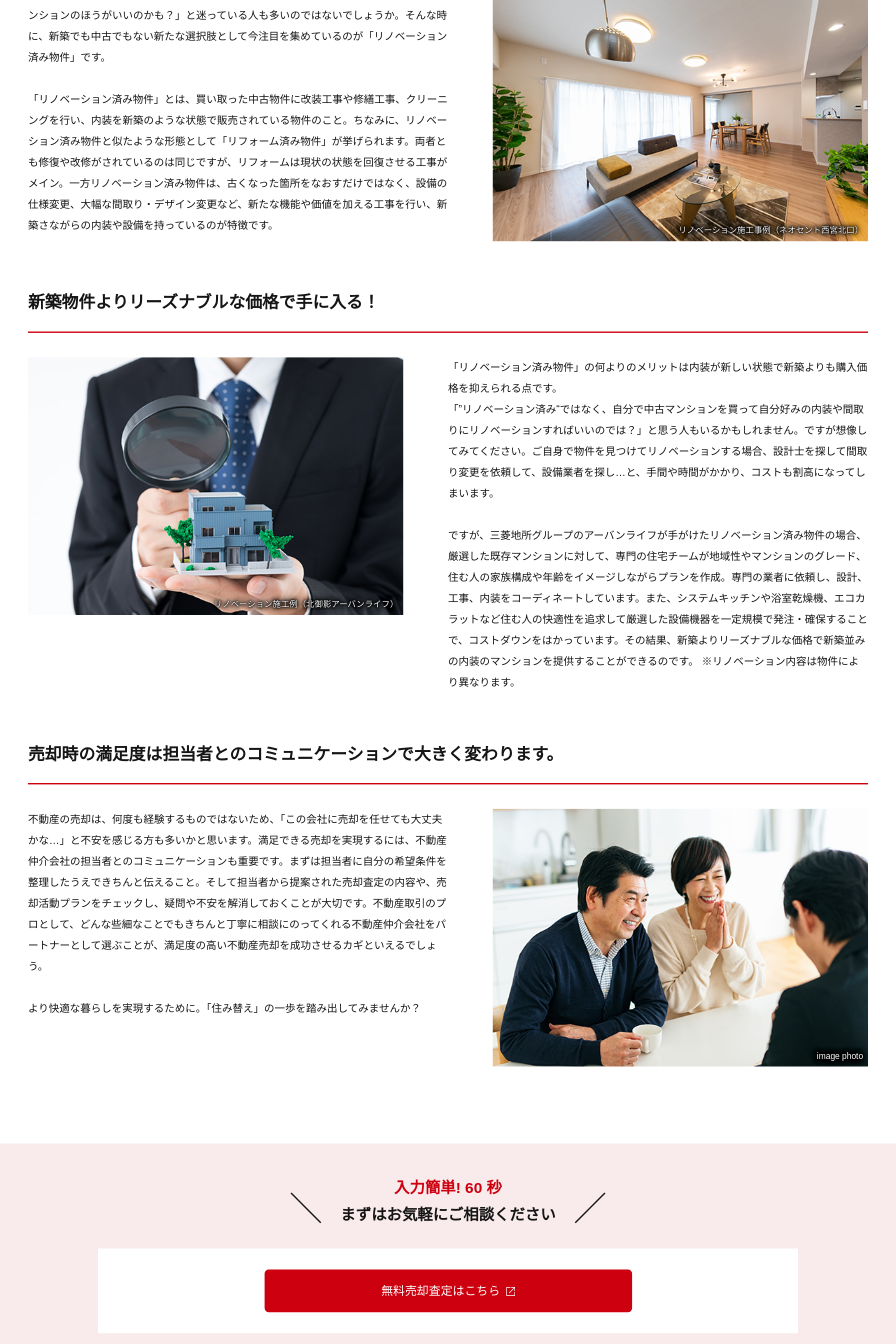
Repository: duongspm/group-kansai_new-data
Page: group-kansai_new/pickup/column07.html
These files come from the project's save history. The page is drawn as it stood at one moment and after the next save; the edit follows.
The browser window is 1280 px wide. The pictures show the part of the page from y = 1241 to 3161 px (the page is 3572 px tall), at 70% of full size.

Above is the page before, as saved 2023-06-30 15:05:02.

### group-kansai_new/pickup/column07.html
<!doctype html>
<html>
<head prefix="og: http://ogp.me/ns# fb: http://ogp.me/ns/fb# article: http://ogp.me/ns/website#">

    <meta charset="utf-8">
    <meta http-equiv="X-UA-Compatible" content="chrome=1">
    <meta name="viewport" content="width=device-width, initial-scale=1">

    <title>住み替えを検討する際の重要なポイント。住宅ローン残債があっても住み替えできる？｜関西で住まいのことは三菱地所グループへ</title>
    <meta name="keywords" content="新築マンション,注文住宅,リフォーム,売買・賃貸,関西,三菱地所グループ,三菱地所レジデンス,三菱地所ホーム,三菱地所ハウスネット,住まい">
    <meta name="description" content="関西エリアの三菱地所グループが、新築・中古マンション、注文住宅、リフォーム、売買、賃貸、マンション・ビル管理、インテリアなど、あらゆる住まいのニーズにお応えします。">
    <link rel="canonical" href="https://www.mecsumai.com/group_kansai/pickup/column07.html">

    <!-- OGP -->
    <meta property="og:site_name" content="関西で住まいのことは三菱地所グループへ" />
    <meta property="og:title" content="住み替えを検討する際の重要なポイント。住宅ローン残債があっても住み替えできる？｜関西で住まいのことは三菱地所グループへ" />
    <meta property="og:description" content="関西エリアの三菱地所グループが、新築・中古マンション、注文住宅、リフォーム、売買、賃貸、マンション・ビル管理、インテリアなど、あらゆる住まいのニーズにお応えします。" />
    <meta property="og:type" content="website" />
    <meta property="og:locale" content="ja_JP" />
    <meta property="og:url" content="https://www.mecsumai.com/group_kansai/pickup/column07.html" />
    <meta property="og:image" content="https://www.mecsumai.com/group_kansai/img/ogp/ogimage_column_mjhn_01.jpg" />
    <meta property="article:publisher" content="https://www.facebook.com/mecsumai" />
    <meta name="twitter:card" content="summary_large_image" />
    <meta name="twitter:site:id" value="@mecr_sumai" />
    <!-- CSS/JS -->
    <!--テスト用_WEBフォントタグ--><script type="text/javascript" src="//typesquare.com/3/tsst/script/ja/typesquare.js?GO7P2Rd89as%3D" charset="utf-8"></script>
    <!--本番用_WEBフォントタグ--><!-- <script type="text/javascript" src="//typesquare.com/3/tsst/script/ja/typesquare.js?fP5kCoOP0YE%3D" charset="utf-8"></script>-->

	<link rel="stylesheet" href="../css/style.css">
    <link rel="stylesheet" href="css/column.css">

    <script src="../js/jquery.min.js"></script>
    <script src="../js/script.js"></script>

</head>

<body>

	<!-- Google Tag Manager -->
	<noscript><iframe src="//www.googletagmanager.com/ns.html?id=GTM-PPKM2M"
	height="0" width="0" style="display:none;visibility:hidden"></iframe></noscript>
	<script>(function(w,d,s,l,i){w[l]=w[l]||[];w[l].push({'gtm.start':
	new Date().getTime(),event:'gtm.js'});var f=d.getElementsByTagName(s)[0],
	j=d.createElement(s),dl=l!='dataLayer'?'&l='+l:'';j.async=true;j.src=
	'//www.googletagmanager.com/gtm.js?id='+i+dl;f.parentNode.insertBefore(j,f);
	})(window,document,'script','dataLayer','GTM-PPKM2M');</script>
	<!-- End Google Tag Manager -->

    <header>
        <a><img src="../img/logo_mec.svg" alt="人を、想う力。街を、想う力。三菱地所グループ"></a>
        <a><img src="../img/logo_mecgonext.svg" alt="三菱地所と次にいこう。"></a>
        <div id="btn-menu"><span></span><span></span><span></span><a>MENU</a></div>
    </header>

    <div class="menu">
        <div class="menu-wrap container">
            <ul class="menu-nav menu-nav1">
                <li><a href="../#top" onclick="trEvent('三菱地所グループ関西合同LP','Click','【LP内遷移】グロナビ_トップページに戻る',0);">トップページに戻る</a></li>
                <li><a href="../#p-news" onclick="trEvent('三菱地所グループ関西合同LP','Click','【LP内遷移】グロナビ_NEWS',0);">NEWS</a></li>
                <li><a href="./" onclick="trEvent('三菱地所グループ関西合同LP','Click','【LP内遷移】グロナビ_PICK UP',0);">PICK UP</a></li>
                <li><a href="../#p-buy" onclick="trEvent('三菱地所グループ関西合同LP','Click','【LP内遷移】グロナビ_買いたい',0);">買いたい</a></li>
                <li><a href="../#p-build" onclick="trEvent('三菱地所グループ関西合同LP','Click','【LP内遷移】グロナビ_建てたい',0);">建てたい</a></li>
                <li><a href="../#p-renovate" onclick="trEvent('三菱地所グループ関西合同LP','Click','【LP内遷移】グロナビ_リフォームしたい',0);">リフォームしたい</a></li>
                <li><a href="../#p-sell" onclick="trEvent('三菱地所グループ関西合同LP','Click','【LP内遷移】グロナビ_売りたい',0);">売りたい</a></li>
                <li><a href="../#p-lend" onclick="trEvent('三菱地所グループ関西合同LP','Click','【LP内遷移】グロナビ_貸したい',0);">貸したい</a></li>
                <li><a href="../#p-borrow" onclick="trEvent('三菱地所グループ関西合同LP','Click','【LP内遷移】グロナビ_借りたい',0);">借りたい</a></li>
                <li><a href="../#p-interior" onclick="trEvent('三菱地所グループ関西合同LP','Click','【LP内遷移】グロナビ_インテリアを探す',0);">インテリアを探す</a></li>
                <li><a href="../#p-admin" onclick="trEvent('三菱地所グループ関西合同LP','Click','【LP内遷移】グロナビ_不動産管理',0);">不動産管理</a></li>
            </ul>

            <ul class="menu-nav menu-nav2">
                <li><a href="../check/" onclick="trEvent('三菱地所グループ関西合同LP','Click','【LP内遷移】グロナビ_三菱地所グループの「住まい」マッチング',0);">三菱地所グループの「住まい」マッチング</a></li>
                <li><a href="../#p-map" onclick="trEvent('三菱地所グループ関西合同LP','Click','【LP内遷移】グロナビ_三菱地所グループの関西エリア営業拠点マップ',0);">三菱地所グループの関西エリア営業拠点マップ</a></li>
                <li><a href="../#p-group" onclick="trEvent('三菱地所グループ関西合同LP','Click','【LP内遷移】グロナビ_三菱地所グループのご紹介',0);">三菱地所グループのご紹介</a></li>
            </ul>

            <!-- <ul class="service-bnr">
                <li><a href="check/"><img src="img/bnr_check_menu.jpg" alt="理想の「住まい」セルフチェック"></a></li>
                <li class="bnr-find">
                    <img src="img/bnr_find_menu.jpg" alt="住み替えるなら今の「住まい」は…">
                    <a href="#p-sell01"><img src="img/bnr_find01.png" alt="少しでも高く売却したい"></a>
                    <a href="#p-sell02"><img src="img/bnr_find02.png" alt="手間なく早く売却したい"></a>
                    <a href="#p-lend"><img src="img/bnr_find03.png" alt="賃貸活用で家賃を得たい"></a>
                </li>
            </ul>-->
            <!--/service-bnr-->
        </div>
    </div>

    <main class="main" id="column07">
        <section class="main-img">
            <img class="only-pc" src="img/vol_07/mv07.png" width="100%" alt="image photo">
            <img class="only-sp" src="img/vol_07/mv07-sp.png" width="100%" alt="image photo">
            <p class="cap-abs_right shadow">リノベーション施工事例（北御影アーバンライフ）</p>
        </section>
        <!--/main-img-->

        <section class="column container">
            <div class="column-group">
                <ul class="hashtag">
                    <li># リノベーション</li>
                    <li># 住み替え</li>
                </ul>
                <h2>お手頃なのに新築並み！今話題の「リノベーション済み物件」</h2>
                <p>新居探しの新たな選択肢として最近よく耳にする「リノベーション済み物件」。ですがリノベーション済み物件とはどのようなものなのでしょうか？今回はその特徴やメリットをご紹介します。</p>

                <div class="column-nav">
                    <p class="column-nav_tit">INDEX</p>
                    <ul class="column-nav_list">
                        <li><a href="#part01">
                            <p class="column-nav_num">01</p>
                            <p class="column-nav_txt">今注目されるリノベーション済み物件とは？</p>
                        </a></li>
                        <li><a href="#part02">
                            <p class="column-nav_num">02</p>
                            <p class="column-nav_txt">新築物件よりリーズナブルな価格で手に入る！</p>
                        </a></li>
                        <li><a href="#part03">
                            <p class="column-nav_num">03</p>
                            <p class="column-nav_txt">徹底した品質管理とアフターサービスで住んだ後も安心</p>
                        </a></li>
                    </ul>
                </div>
            </div>
            <!--/column group-->

            <div class="anchor"><div id="part01"></div></div>
            <div class="column-group">
                <h3>今注目されるリノベーション済み物件とは？</h3>

                <div class="column-box">
                    <div class="column-box_inner">
                        <p>住宅の購入を検討するときに、「新築マンションは魅力的だけど、価格が高いから中古マンションのほうがいいのかも？」と迷っている人も多いのではないでしょうか。そんな時に、新築でも中古でもない新たな選択肢として今注目を集めているのが「リノベーション済み物件」です。</p>
                        <p>「リノベーション済み物件」とは、買い取った中古物件に改装工事や修繕工事、クリーニングを行い、内装を新築のような状態で販売されている物件のこと。ちなみに、リノベーション済み物件と似たような形態として「リフォーム済み物件」が挙げられます。両者とも修復や改修がされているのは同じですが、リフォームは現状の状態を回復させる工事がメイン。一方リノベーション済み物件は、古くなった箇所をなおすだけではなく、設備の仕様変更、大幅な間取り・デザイン変更など、新たな機能や価値を加える工事を行い、新築さながらの内装や設備を持っているのが特徴です。</p>
                    </div>
                    <div class="column-box_img">
                        <img src="img/vol_07/img-01.png" alt="リノベーション施工事例（ネオセント西宮北口）">
                        <p class="cap-abs_right shadow">リノベーション施工事例（ネオセント西宮北口）</p>
                    </div>
                </div>
            </div>
            <!--/column group-->

            <div class="anchor"><div id="part02"></div></div>
            <div class="column-group">
                <h3>新築物件よりリーズナブルな価格で手に入る！</h3>

                <div class="column-box">
                    <div class="column-box_img">
                        <img src="img/vol_01/img_03.jpg" alt="リノベーション施工例（北御影アーバンライフ）">
                        <p class="cap-abs_right shadow">リノベーション施工例（北御影アーバンライフ）</p>
                    </div>
                    <div class="column-box_inner">
                        <p>「リノベーション済み物件」の何よりのメリットは内装が新しい状態で新築よりも購入価格を抑えられる点です。
                            <br>「”リノベーション済み“ではなく、自分で中古マンションを買って自分好みの内装や間取りにリノベーションすればいいのでは？」と思う人もいるかもしれません。ですが想像してみてください。ご自身で物件を見つけてリノベーションする場合、設計士を探して間取り変更を依頼して、設備業者を探し…と、手間や時間がかかり、コストも割高になってしまいます。</p>
                        <p>ですが、三菱地所グループのアーバンライフが手がけたリノベーション済み物件の場合、厳選した既存マンションに対して、専門の住宅チームが地域性やマンションのグレード、住む人の家族構成や年齢をイメージしながらプランを作成。専門の業者に依頼し、設計、工事、内装をコーディネートしています。また、システムキッチンや浴室乾燥機、エコカラットなど住む人の快適性を追求して厳選した設備機器を一定規模で発注・確保することで、コストダウンをはかっています。その結果、新築よりリーズナブルな価格で新築並みの内装のマンションを提供することができるのです。
                            <span class="txt-small txt-indent">※リノベーション内容は物件により異なります。</span>
                        </p>
                    </div>
                </div>
            </div>
            <!--/column group-->

            <div class="anchor"><div id="part03"></div></div>
            <div class="column-group">
                <h3>売却時の満足度は担当者とのコミュニケーションで大きく変わります。</h3>

                <div class="column-box">
                    <div class="column-box_inner">
                        <p>不動産の売却は、何度も経験するものではないため、「この会社に売却を任せても大丈夫かな…」と不安を感じる方も多いかと思います。満足できる売却を実現するには、不動産仲介会社の担当者とのコミュニケーションも重要です。まずは担当者に自分の希望条件を整理したうえできちんと伝えること。そして担当者から提案された売却査定の内容や、売却活動プランをチェックし、疑問や不安を解消しておくことが大切です。不動産取引のプロとして、どんな些細なことでもきちんと丁寧に相談にのってくれる不動産仲介会社をパートナーとして選ぶことが、満足度の高い不動産売却を成功させるカギといえるでしょう。</p>
                        <p>より快適な暮らしを実現するために。「住み替え」の一歩を踏み出してみませんか？</p>
                    </div>
                    <div class="column-box_img">
                        <img src="img/vol_01/img_04.jpg" alt="image photo">
                        <p class="cap-abs_right shadow">image photo</p>
                    </div>
                </div>
            </div>
            <!--/column group-->
        </section>
        <!--/column-->

        <section class="contact">
            <div class="contact-heading">
                <div class="contact-tit">
                    <h2><span>入力簡単! 60 秒</span>まずはお気軽にご相談ください</h2>
                </div>
                <div class="contact-btn container">
                    <a href="../mjhn_18.html" target="_blank" onclick="trEvent('三菱地所グループ関西合同LP','Click','【三菱地所ハウスネット】PICKUP_住み替えを検討する際の重要なポイント。住宅ローン残債があっても住み替えできる？_無料売却査定はこちら',0);">無料売却査定はこちら</a>
                </div>
            </div>

            <!-- <div class="contact-sns">
                <a class="twitter typesquare_option" href="http://twitter.com/share?url=www.mecsumai.com/group_kansai/pickup/&amp;text=住み替えを検討する際の重要なポイント。住宅ローン残債があっても住み替えできる？&amp;hashtags=住み替え&amp;hashtags=売却査定" target="_blank" rel="nofollow noopener noreferrer">Twitterでシェア</a>
                <a class="facebook typesquare_option" href="http://www.facebook.com/share.php?u=mecsumai.com/group_kansai/pickup/" target="_blank" rel="nofollow noopener noreferrer">Facebookでシェア</a>
            </div>-->

            <a class="contact-back" href="./" onclick="trEvent('三菱地所グループ関西合同LP','Click','【LP内遷移】PICK UP_詳細_PICK UP 一覧に戻る',0);">PICK UP 一覧に戻る</a>
        </section>
    </main>

    <footer>
        <div id="pagetop"><img src="../img/pagetop.png" alt="トップに戻る"></div>
        <a><img src="../img/flogo_mec.svg" alt="人を、想う力。街を、想う力。三菱地所グループ"></a>
        <p>Copyright &copy; Mitsubishi Estate Group. All Rights Reserved.</p>
    </footer>

    <!-- Yahoo Tag Manager -->
    <script type="text/javascript">
      (function () {
        var tagjs = document.createElement("script");
        var s = document.getElementsByTagName("script")[0];
        tagjs.async = true;
        tagjs.src = "//s.yjtag.jp/tag.js#site=YzMGP4N&referrer=" + encodeURIComponent(document.location.href) + "";
        s.parentNode.insertBefore(tagjs, s);
      }());
    </script>
    <noscript>
      <iframe src="//b.yjtag.jp/iframe?c=YzMGP4N" width="1" height="1" frameborder="0" scrolling="no" marginheight="0" marginwidth="0"></iframe>
    </noscript>
    <!-- End Yahoo Tag Manager -->

</body>
</html>

### group-kansai_new/css/style.css
@charset "utf-8";
@import url('https://fonts.googleapis.com/css2?family=Cormorant+Garamond&family=Inter:wght@700&display=swap');

/* Reset */
html{font-size: 62.5%;}
body{color: #000; line-height: 1.8; word-spacing: 0; font-size: 1.5rem; -webkit-text-size-adjust: 100%; -ms-text-size-adjust: 100%; -moz-text-size-adjust: 100%; font-family: "秀英角ゴシック金 L", "Shuei KakuGo Kin L", "Noto Sans JP", "ヒラギノ角ゴ Pro W3", "Hiragino Kaku Gothic Pro", "メイリオ", "MS Pゴシック", "MS PGothic", Meiryo, sans-serif;}

*{margin: 0; padding: 0; box-sizing: border-box; border: 0;}
h1, h2, h3, h4, h5, h6{font-size: 100%;}
ol, ul{list-style: none;}
table{border-collapse: collapse; border-spacing: 0;}
th{text-align: left;}
a{color: inherit; text-decoration: none;}
img{vertical-align: bottom; max-width: 100%;}

.container{max-width: 1000px; margin: 0 auto;}
.cap,
.cap-left,
.cap-right{font-size: 1rem; line-height: 1.4;}
[class*="cap-abs"]{font-size: 1.2rem; line-height: 1.4;}
.cap-abs_right{position: absolute; bottom: 7px; right: 7px; text-align: right;}
.cap-abs_left{position: absolute; bottom: 7px; left: 7px;}
.cap-right{padding-top: 0.8em; text-align: right;}
.cap-left{padding-top: 0.8em;}
.shadow{color: #fff; text-shadow: 0 0 1px rgba(0,0,0,.6), 0 0 2px rgba(0,0,0,.6), 0 0 3px rgba(0,0,0,.6), 0 0 4px rgba(0,0,0,.6), 0 0 5px rgba(0,0,0,.6), 0 0 6px rgba(0,0,0,.6), 0 0 7px rgba(0,0,0,.6), 0 0 8px rgba(0,0,0,.6), 0 0 9px rgba(0,0,0,.6), 0 0 10px rgba(0,0,0,.6);}
sup{font-size: 1.2rem; line-height: 1;}

.anchor{position: relative;}
.anchor > div{position: absolute; left: 0;}

@media (min-width: 768px){
    a[href^="tel:"]{pointer-events: none;}
    .only-sp{display: none;}
    .container{width: calc(100% - 3rem);}
    .anchor > div{top: -5.4rem;}
}

@media (max-width: 767px){
    .only-pc{display: none;}
    html{font-size: 2vw;}
    body{font-size: 1.65rem;}
    .container{width: 90%;}
    .cap,
    .cap-left,
    .cap-right{font-size: 1.2rem; line-height: 1.7;}

    .anchor > div{top: -7rem;}
}

@media print {
    body{color-adjust: exact; -webkit-print-color-adjust: exact; print-color-adjust: exact;}
}

/* Header */
header{padding: 1rem 3rem; display: flex; align-items: center; background: #fff; position: fixed; top: 0; left: 0; width: 100%; background: #fff; z-index: 1000;}
header a:nth-of-type(1){width: 11rem; margin-right: 2.4rem;}
header a:nth-of-type(2){width: 6rem;}
header img{width: 100%;}

#btn-menu{position: absolute; top: 0; right: 0; width: 5.4rem; height: 5.4rem; cursor: pointer; background: #cd0010;}
#btn-menu span{position: absolute; left: 1.2rem; width: 3rem; height: 0.2rem; background: #fff;}
#btn-menu span:nth-of-type(1){top: 1.1rem;}
#btn-menu span:nth-of-type(2){top: 1.9rem;}
#btn-menu span:nth-of-type(3){top: 2.7rem;}
#btn-menu a{display: block; color: #fff; font-size: 1.1rem; text-align: center; padding: 3.1rem 0 0 0; width: 100%; font-weight: bold; font-family: 'Inter', sans-serif;}
#btn-menu.is-open span:nth-of-type(1){top: 1.8rem; transform: rotate(45deg); -webkit-transform: rotate(45deg);}
#btn-menu.is-open span:nth-of-type(2){display: none;}
#btn-menu.is-open span:nth-of-type(3){top: 1.8rem; transform: rotate(-45deg); -webkit-transform: rotate(-45deg);}

@media (max-width: 767px){
    #btn-menu{width: 6.4rem; height: 6.4rem;}
    #btn-menu span{left: 1.2rem; width: 4rem; height: 0.2rem;}
    #btn-menu span:nth-of-type(1){top: 1.1rem;}
    #btn-menu span:nth-of-type(2){top: 2.2rem;}
    #btn-menu span:nth-of-type(3){top: 3.3rem;}
    #btn-menu a{padding: 3.6rem 0 0 0; font-size: 1.4rem;}
    #btn-menu.is-open span:nth-of-type(1),
    #btn-menu.is-open span:nth-of-type(3){top: 2rem;}
}

.menu{position: fixed; top: 0; left: 0; width: 100%; height: 100%; overflow: auto; background: #f5f5f5; z-index: 800; display: none; font-family: "秀英角ゴシック金 B", "Shuei KakuGo Kin B", "Noto Sans JP", "ヒラギノ角ゴ Pro W3", "Hiragino Kaku Gothic Pro", "メイリオ", "MS Pゴシック", "MS PGothic", Meiryo, sans-serif;}
.menu-wrap{padding: 12rem 0 5rem;}

.menu-nav1{display: flex; flex-wrap: wrap;}
.menu-nav1 a{font-size: 1.8rem; height: 8rem; display: flex; align-items: center;}
.menu-nav1 a:before{content: ''; width: 2rem; height: 2rem; background: url("../img/ic_arrows.png") no-repeat top left/100% 100%; margin: 0 1rem 0 0;}
.menu-nav1 a:hover{color: #cd0010;}

.menu-nav2{padding: 3rem 0 4rem; display: flex; flex-wrap: wrap;}
.menu-nav2 a{font-size: 1.6rem; height: 4rem; display: flex; align-items: center;}
.menu-nav2 a:before{content: ''; width: 2rem; height: 2rem; background: url("../img/ic_arrows.png") no-repeat top left/100% 100%; margin: 0 1rem 0 0;}
.menu-nav2 a:hover{color: #cd0010;}

.menu .bnr-find a{top: 48.5%;}

@media (max-width: 1023px) and (min-width: 768px){
    .menu-nav1 a{font-size: 1.6rem;}
    .menu-nav1 a:before{margin: 0 0.5rem 0 0;}
}

@media (min-width: 768px){
    .menu-nav1 li{width: 23.425%; margin-right: 2.1%; border-bottom: 1px dotted #acacac;}
    .menu-nav1 li:nth-of-type(1),
    .menu-nav1 li:nth-of-type(2),
    .menu-nav1 li:nth-of-type(3){width: 32%;margin-right: 2%;}
    .menu-nav1 li:nth-of-type(3),
    .menu-nav1 li:nth-of-type(7),
    .menu-nav1 li:nth-of-type(11){margin-right: 0;}

    .menu-nav2 li:not(:last-of-type){margin-right: 6rem;}
}

@media (max-width: 767px){
    header{padding: 1.5rem 5%;}
    header a:nth-of-type(1){margin-right: 7%;}

    .menu-wrap{padding: 12rem 0 3rem;}

    .menu-nav1 li{width: 48.5%; margin-right: 3%; border-bottom: 1px dotted #acacac;}
    .menu-nav1 li:nth-of-type(2n){margin-right: 0;}
    .menu-nav1 a{height: 6rem;}

    .menu-nav2{padding: 2rem 0 3rem;}
    .menu-nav2 a{height: 3.5rem;}

    .menu .service-bnr{padding: 0;}
}

/* Main */
.main{overflow-x: hidden; isolation:isolate; margin-top: 5.4rem;}
.m-tit2{font-size: 2.4rem; line-height: 1; text-align: center; margin: 0 0 3rem; color: #cd0010; font-weight: bold; font-family: 'Inter', sans-serif;}
.m-tit3{font-size: 2.8rem; line-height: 1.4; text-align: center; margin: -0.3em 0 2.5rem; font-family: "秀英明朝 M", "Shuei Mincho M", "游明朝", YuMincho, "Hiragino Mincho ProN W3", "ヒラギノ明朝 ProN W3", "Hiragino Mincho ProN", "HG明朝E", "MS P明朝", "MS 明朝", serif;}
.desc{font-size: 1.6rem; line-height: 2; text-align: center; margin: 0 auto 2em;}

@media (max-width: 767px){
    .main{margin-top: 6.4rem;}
    .desc{text-align: left; margin: 0 3rem 1.5em;}
    .desc br {display:none;}
}

/* Hashtag */
.hashtag{color: #cd0010; font-size: 1.2rem; line-height: 1.5; margin: 0 0 0.5rem; display: flex; flex-wrap: wrap; font-family: "秀英角ゴシック金 B", "Shuei KakuGo Kin B", "Noto Sans JP", "ヒラギノ角ゴ Pro W3", "Hiragino Kaku Gothic Pro", "メイリオ", "MS Pゴシック", "MS PGothic", Meiryo, sans-serif;}
.hashtag li{margin-right: 1em;}

@media (max-width: 767px){
    .hashtag{font-size: 1.4rem;}
}

/* Footer */
footer{background: #151515; color: #fff; text-align: center; padding: 2.8rem 0; position: relative; z-index: 100;}
footer a{width: 40rem; margin: 0 auto; display: block;}
footer a img{width: 100%;}
footer p{margin: 1.5rem 0 0 0; font-family: 'Cormorant Garamond', serif; font-size: 1.2rem; line-height: 1;}
#pagetop{position: fixed; bottom: 10px; right: 10px; width: 7rem; height: 7rem; cursor: pointer; z-index: 700; display: none;}
#pagetop a{width: 100%; display: block;}

@media (max-width: 767px){
    footer a{width: 90%;}
    footer img{width: 100%;}
    footer p{font-size: 1.5rem;}
    #pagetop{width: 6rem; height: 6rem;}
    #top footer{margin-bottom: 35.46vw;}
    #top #pagetop{bottom: 40vw !important; position: fixed !important;}
}

Loaded but not shown: group-kansai_new/js/jquery.min.js (library); group-kansai_new/js/script.js (70 lines, source omitted); group-kansai_new/pickup/css/column.css (178 lines, source omitted)

After the next save:
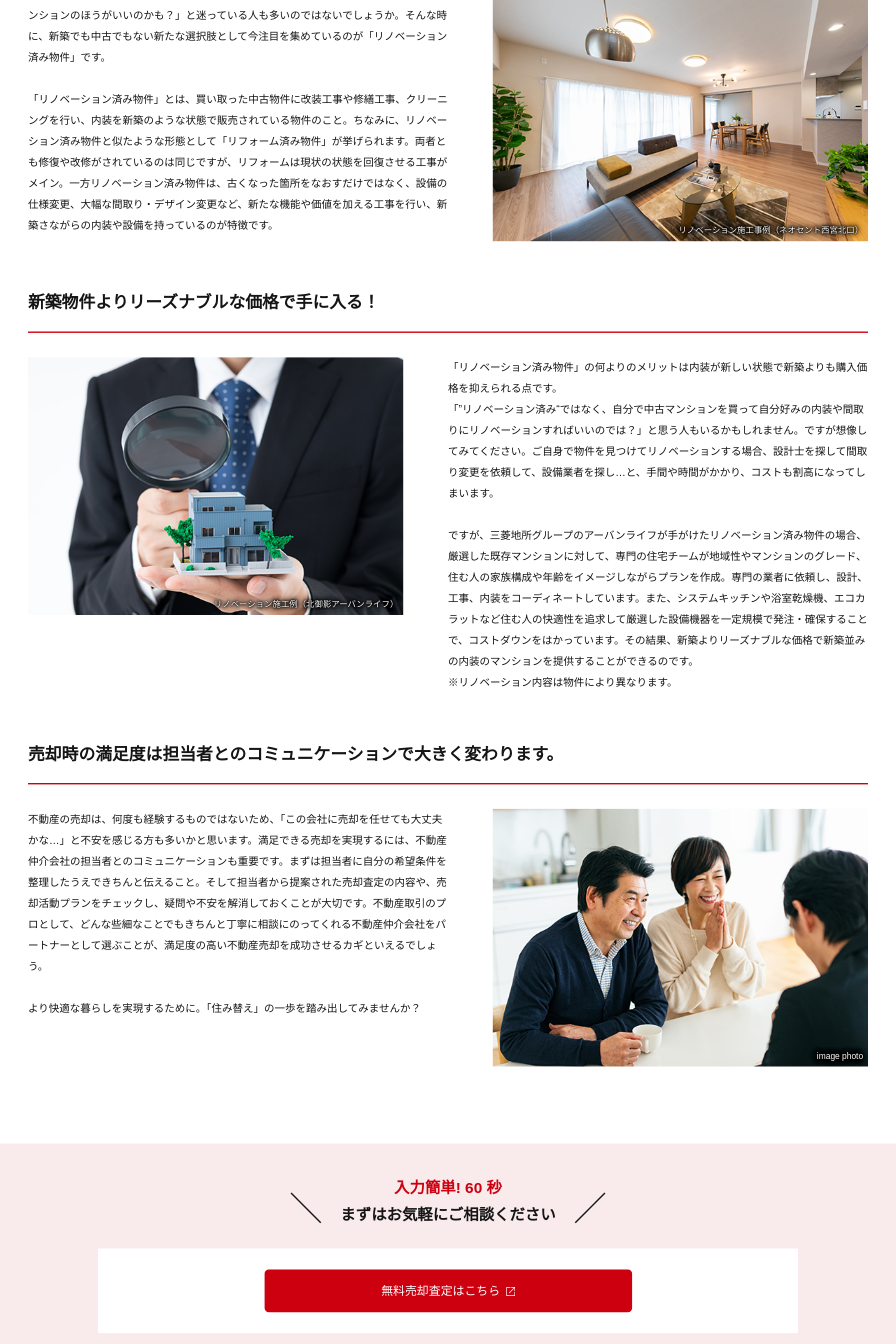
Saved 18 s later.
--- a/group-kansai_new/pickup/column07.html
+++ b/group-kansai_new/pickup/column07.html
@@ -154,7 +154,7 @@
                         <p>「リノベーション済み物件」の何よりのメリットは内装が新しい状態で新築よりも購入価格を抑えられる点です。
                             <br>「”リノベーション済み“ではなく、自分で中古マンションを買って自分好みの内装や間取りにリノベーションすればいいのでは？」と思う人もいるかもしれません。ですが想像してみてください。ご自身で物件を見つけてリノベーションする場合、設計士を探して間取り変更を依頼して、設備業者を探し…と、手間や時間がかかり、コストも割高になってしまいます。</p>
                         <p>ですが、三菱地所グループのアーバンライフが手がけたリノベーション済み物件の場合、厳選した既存マンションに対して、専門の住宅チームが地域性やマンションのグレード、住む人の家族構成や年齢をイメージしながらプランを作成。専門の業者に依頼し、設計、工事、内装をコーディネートしています。また、システムキッチンや浴室乾燥機、エコカラットなど住む人の快適性を追求して厳選した設備機器を一定規模で発注・確保することで、コストダウンをはかっています。その結果、新築よりリーズナブルな価格で新築並みの内装のマンションを提供することができるのです。
-                            <span class="txt-small txt-indent">※リノベーション内容は物件により異なります。</span>
+                            <br><span class="txt-small txt-indent">※リノベーション内容は物件により異なります。</span>
                         </p>
                     </div>
                 </div>
